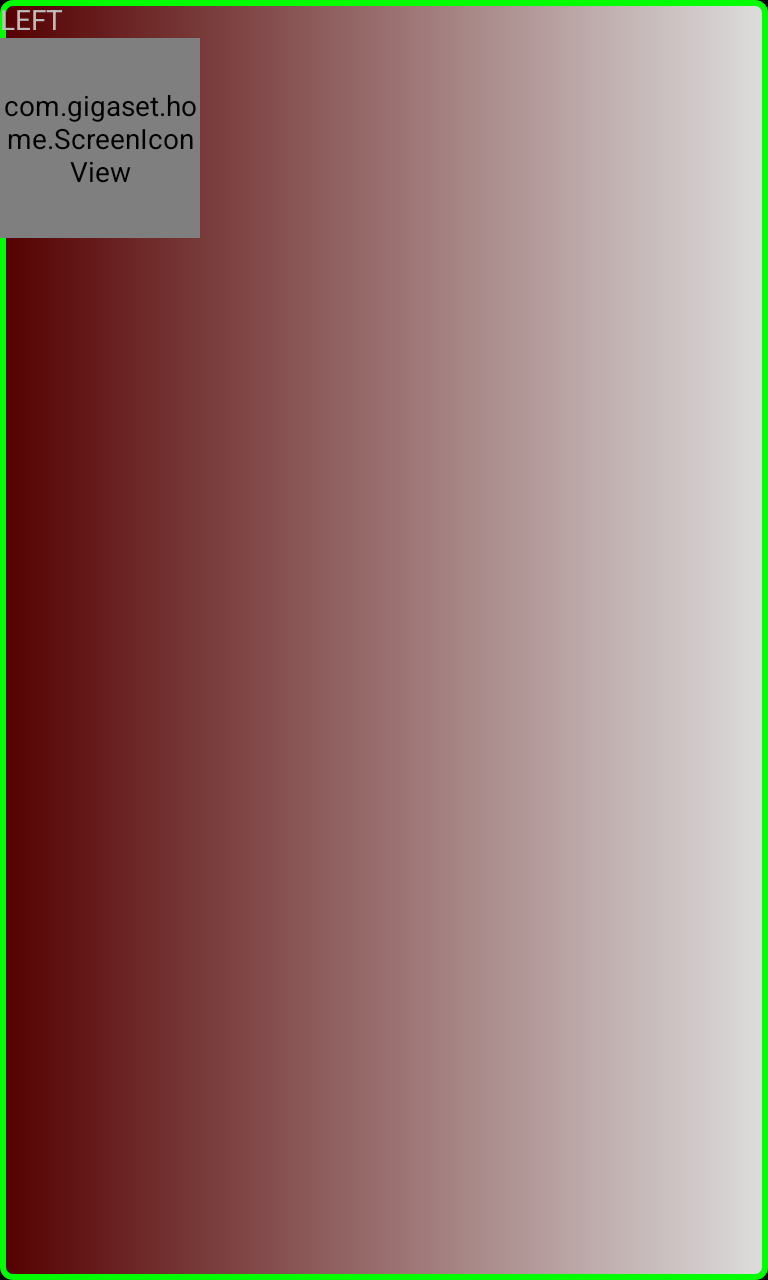
Repository: yoszka/test
Layout: com.example.android.home.Home/res/layout/left.xml
An editor plug-in stored every save of this project. The layout is shown before and after the next save, followed by the edit.
Pictures or frames that could not be fetched are drawn as grey boxes. It is drawn on a 768 x 1280 px phone screen (xhdpi) without system bars, with theme android:Theme; the app's code is not run.

Above is the layout before, as saved 2012-09-10 16:35:24.

### com.example.android.home.Home/res/layout/left.xml
<?xml version="1.0" encoding="utf-8"?>
<LinearLayout xmlns:android="http://schemas.android.com/apk/res/android"
    		  xmlns:atrybutes="http://schemas.android.com/apk/res/com.gigaset.home"
    android:layout_width="match_parent"
    android:layout_height="match_parent"
    android:orientation="vertical"
    android:background="@drawable/tlo">

    <TextView
        android:id="@+id/textViewLeft"
        android:layout_width="wrap_content"
        android:layout_height="wrap_content"
        android:text="LEFT" />

         <com.gigaset.home.ScreenIconView
        android:id="@+id/screenIndicator"
        android:layout_width	 = "100dp"
        android:layout_height	 = "100dp"
        atrybutes:icon_active 	 = "@drawable/tlo"
        atrybutes:icon_inactive  = "@drawable/tlo"
        atrybutes:pages_cnt 	 = "3"
        atrybutes:default_active = "1"/>

</LinearLayout>

### com.example.android.home.Home/res/drawable/tlo.xml
<?xml version="1.0" encoding="utf-8"?>
<shape xmlns:android="http://schemas.android.com/apk/res/android" >
    <corners android:radius="5dp" />
    <gradient android:startColor="#500" android:endColor="#DDD" android:type="linear"/>
    <stroke android:color="#0f0" android:width="3dp"/>

</shape>

### com.example.android.home.Home/res/drawable/tlo_act.xml
<?xml version="1.0" encoding="utf-8"?>
<shape xmlns:android="http://schemas.android.com/apk/res/android" >
    <corners android:radius="5dp" />
    <gradient android:startColor="#500" android:endColor="#DDD" android:type="linear"/>
    <stroke android:color="#0f0" android:width="3dp"/>

</shape>

After the next save:
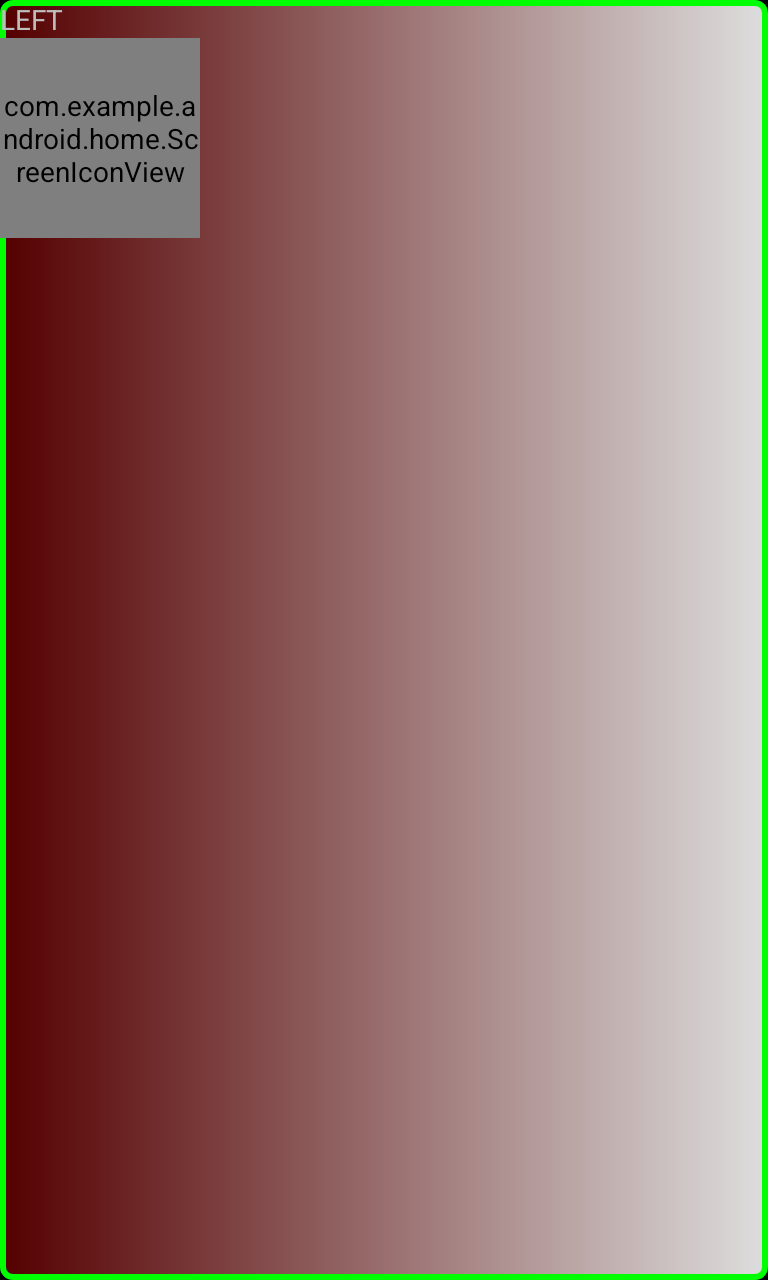
Saved 56 s later.
--- a/com.example.android.home.Home/res/layout/left.xml
+++ b/com.example.android.home.Home/res/layout/left.xml
@@ -1,6 +1,6 @@
 <?xml version="1.0" encoding="utf-8"?>
 <LinearLayout xmlns:android="http://schemas.android.com/apk/res/android"
-    		  xmlns:atrybutes="http://schemas.android.com/apk/res/com.gigaset.home"
+    		  xmlns:atrybutes="http://schemas.android.com/apk/res/com.example.android.home"
     android:layout_width="match_parent"
     android:layout_height="match_parent"
     android:orientation="vertical"
@@ -12,7 +12,7 @@
         android:layout_height="wrap_content"
         android:text="LEFT" />
 
-         <com.gigaset.home.ScreenIconView
+         <com.example.android.home.ScreenIconView
         android:id="@+id/screenIndicator"
         android:layout_width	 = "100dp"
         android:layout_height	 = "100dp"

After the 5 saves that followed:
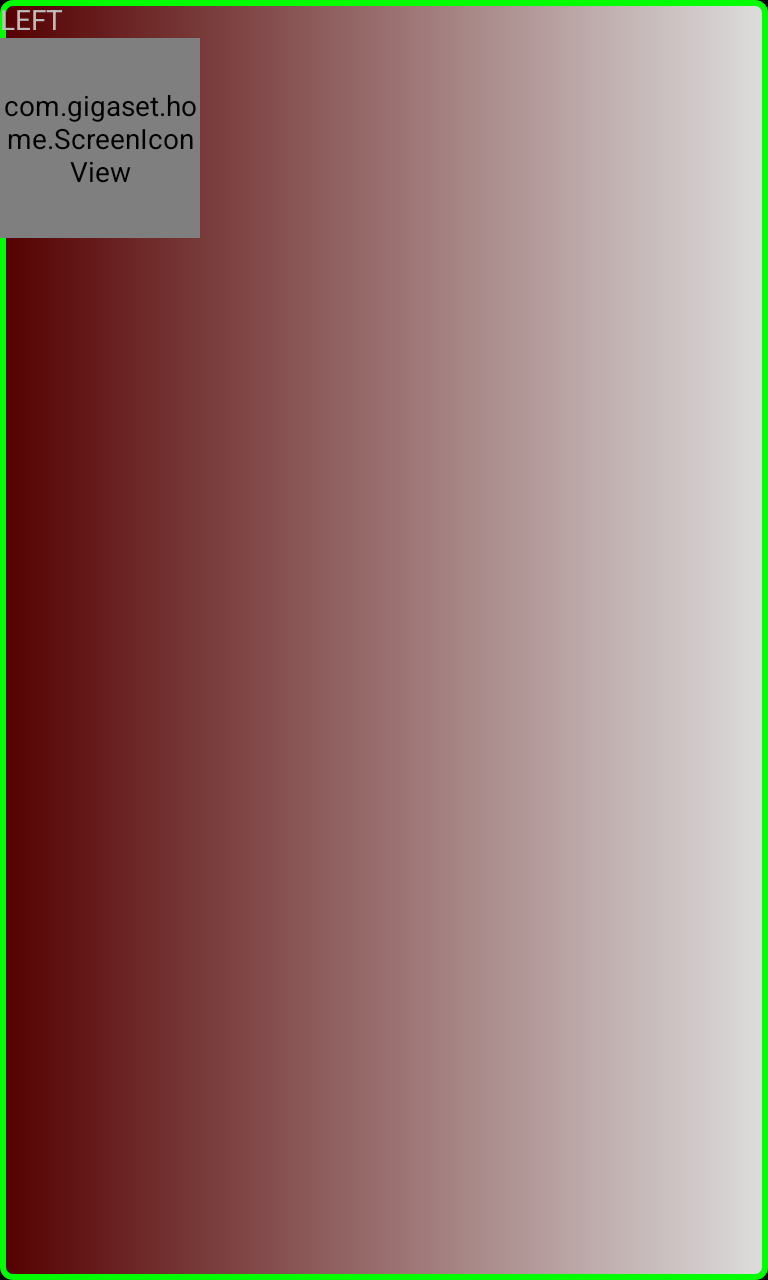
The 5 saves are shown as one change because 4 left the picture as it was.
The last was saved 4 min 13 s later.
--- a/com.example.android.home.Home/res/layout/left.xml
+++ b/com.example.android.home.Home/res/layout/left.xml
@@ -12,13 +12,16 @@
         android:layout_height="wrap_content"
         android:text="LEFT" />
 
-         <com.example.android.home.ScreenIconView
+    <com.gigaset.home.ScreenIconView
         android:id="@+id/screenIndicator"
         android:layout_width	 = "100dp"
         android:layout_height	 = "100dp"
-        atrybutes:icon_active 	 = "@drawable/tlo"
+        atrybutes:label			 = "Dupa"
+        atrybutes:icon_active 	 = "@drawable/tlo_act"
         atrybutes:icon_inactive  = "@drawable/tlo"
         atrybutes:pages_cnt 	 = "3"
-        atrybutes:default_active = "1"/>
+        atrybutes:default_active = "1"
+        atrybutes:width 		 = "50"
+        atrybutes:height 		 = "50" />
 
 </LinearLayout>
